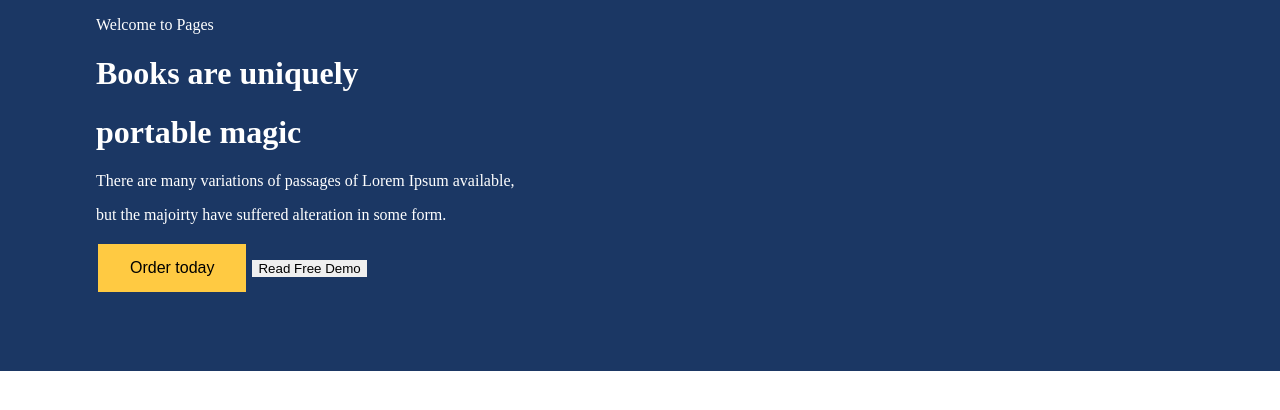
Repository: Godnorg/Class2
Page: index.html
These files come from the project's save history. The page is drawn as it stood at one moment and after the next save; the edit follows.
The browser window is 1280 px wide. The pictures show the whole page.

Above is the page before, as saved 2023-02-13 21:46:06.

After the next save:
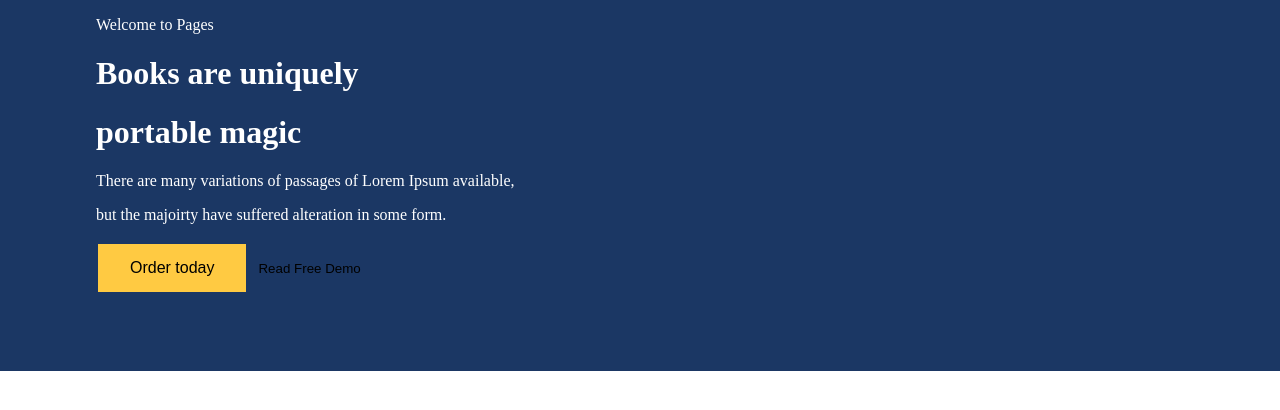
Saved 8 s later.
--- a/index.css
+++ b/index.css
@@ -39,5 +39,6 @@ body {
 
 .button1 {
     border: none;
-    background:
+    background: none;
+
 }
